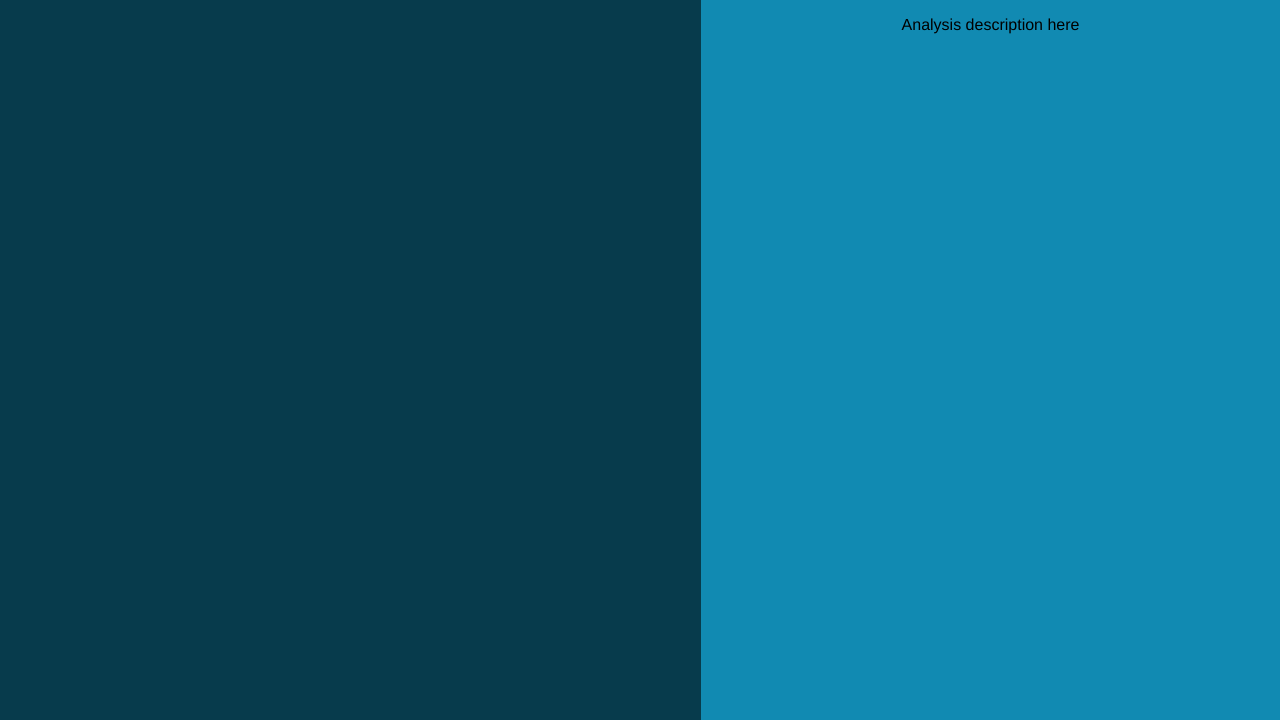
Repository: bsalgado98/lockdown-music
Page: app/index.html
The author's editor kept a copy of each file at every save. The page is drawn from the files as they stood at one save, then again after the next save.
The browser window is 1280 px wide. The pictures show the whole page.

Above is the page before, as saved 2020-12-08 21:44:52.

After the next save:
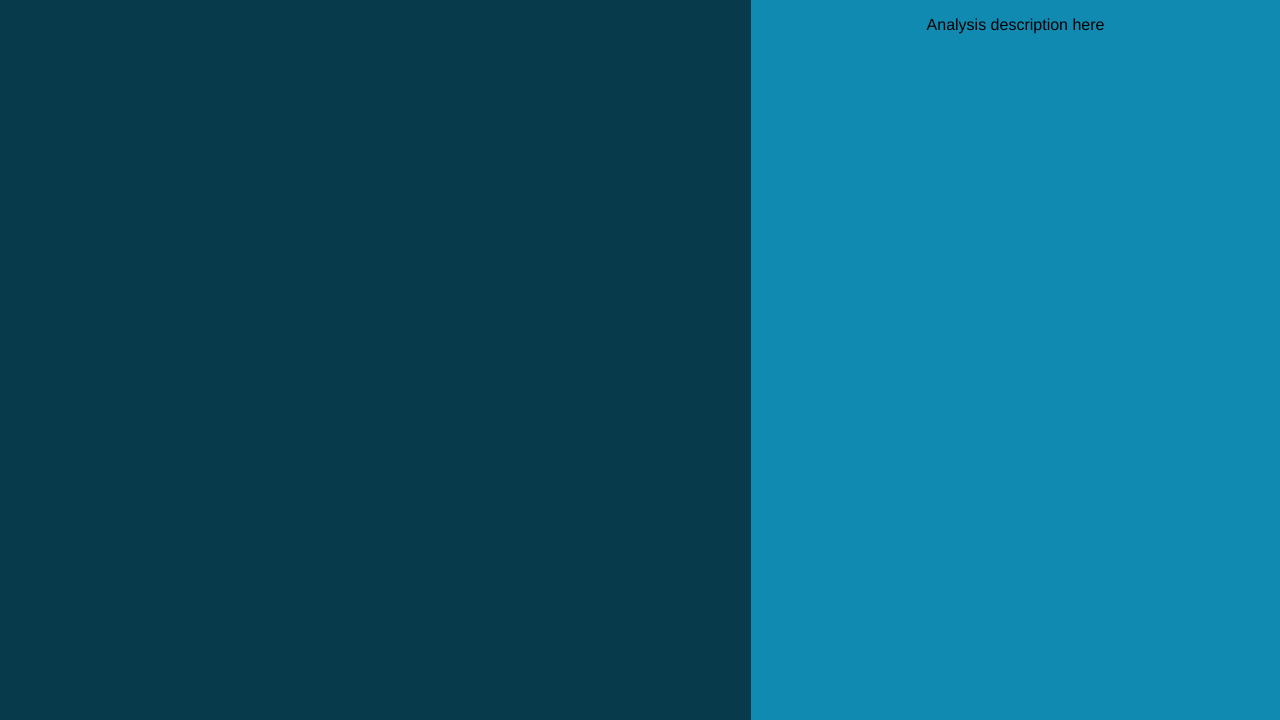
Saved 30 s later.
--- a/app/index.html
+++ b/app/index.html
@@ -9,7 +9,7 @@
   <div class="App">
     <div class="DataContainer">
       <div class="GraphContainer">
-        <canvas id="chart1"></canvas>
+        <canvas id="chart1" width="400" height="400"></canvas>
       </div>
       <div class="TextContainer">
         <p>Analysis description here</p>
